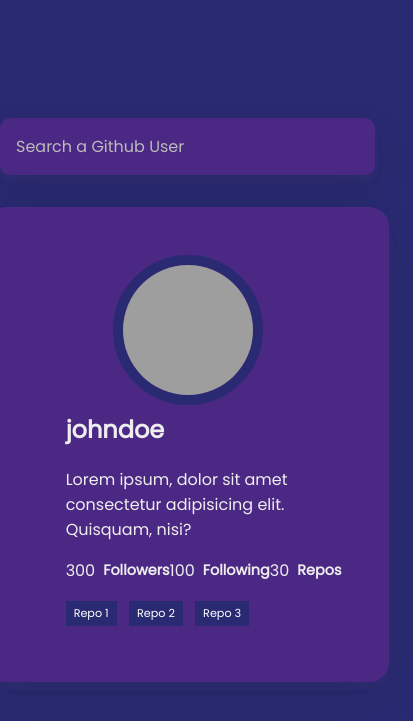
Repository: eagle-tex/50-projects-BT
Page: 28-github-profiles/index.html
An editor plug-in stored every save of this project. The page is shown before and after the next save, followed by the edit.
The browser window is 375 px wide. The page is 413 px wide, so the pictures cover 413 px, including what lies to the right of the window. The pictures show the whole page.
Pictures or frames that could not be fetched are drawn as grey boxes.

Above is the page before, as saved 2021-01-23 11:11:36.

### 28-github-profiles/index.html
<!DOCTYPE html>
<html lang="en">

<head>
  <meta charset="UTF-8" />
  <meta name="viewport" content="width=device-width, initial-scale=1.0" />
  <link rel="stylesheet" href="style.css" />
  <title>Github Profiles</title>
</head>

<body>
  <form class="user-form" id="form">
    <input type="text" id="search" placeholder="Search a Github User">
  </form>

  <main id="main">
    <div class="card">
      <div>
        <img src="https://randomuser.me/api/portraits/men/30.jpg" alt="" class="avatar">
      </div>
      <div class="user-info">
        <h2>johndoe</h2>
        <p>Lorem ipsum, dolor sit amet consectetur adipisicing elit. Quisquam, nisi?</p>

        <ul>
          <li>300 <strong>Followers</strong></li>
          <li>100 <strong>Following</strong></li>
          <li>30 <strong>Repos</strong></li>
        </ul>

        <div id="repos">
          <a href="#" class="repo">Repo 1</a>
          <a href="#" class="repo">Repo 2</a>
          <a href="#" class="repo">Repo 3</a>
        </div>

      </div>
    </div>
  </main>

  <script src="script.js"></script>
</body>

</html>

### 28-github-profiles/style.css
@import url('https://fonts.googleapis.com/css2?family=Poppins:wght@200;400&display=swap');

:root {
  --body-bg: #2a2a72;
  --form-bg: #4c2885;
}

* {
  box-sizing: border-box;
}

body {
  background-color: var(--body-bg);
  color: #fff;
  font-family: 'Poppins', sans-serif;
  display: flex;
  flex-direction: column;
  align-items: center;
  justify-content: center;
  height: 100vh;
  overflow: hidden;
  margin: 0;
}

.user-form {
  width: 100%;
  max-width: 700px;
}

.user-form input {
  width: 100%;
  display: block;
  background-color: var(--form-bg);
  border: none;
  border-radius: 10px;
  -webkit-border-radius: 10px;
  -moz-border-radius: 10px;
  -ms-border-radius: 10px;
  -o-border-radius: 10px;
  color: #fff;
  padding: 1rem;
  margin-bottom: 2rem;
  font-family: inherit;
  font-size: 1rem;
  box-shadow: 0 5px 10px rgba(154, 160, 185, 0.05),
    0 15px 40px rgba(0, 0, 0, 0.1);
}

.user-form input::placeholder {
  color: #bbb;
}

.user-form input:focus {
  outline: none;
}

.card {
  max-width: 800px;
  background-color: var(--form-bg);
  border-radius: 20px;
  -webkit-border-radius: 20px;
  -moz-border-radius: 20px;
  -ms-border-radius: 20px;
  -o-border-radius: 20px;
  box-shadow: 0 5px 10px rgba(154, 160, 185, 0.05),
    0 15px 40px rgba(0, 0, 0, 0.1);
  display: flex;
  padding: 3rem;
  margin: 0 1.5rem;
}

.avatar {
  border-radius: 50%;
  -webkit-border-radius: 50%;
  -moz-border-radius: 50%;
  -ms-border-radius: 50%;
  -o-border-radius: 50%;
  border: 10px solid var(--body-bg);
  height: 150px;
  width: 150px;
}

.user-info {
  color: #eee;
  margin-left: 2rem;
}

.user-info h2 {
  margin-top: 0;
}

.user-info ul {
  list-style-type: none;
  display: flex;
  justify-content: space-between;
  padding: 0;
  max-width: 400px;
}

.user-info ul li {
  display: flex;
  align-items: center;
}

.user-info ul li strong {
  font-size: 0.9rem;
  margin-left: 0.5rem;
}

.repo {
  text-decoration: none;
  color: #fff;
  background-color: var(--body-bg);
  font-size: 0.7rem;
  padding: 0.25rem 0.5rem;
  margin-right: 0.5rem;
  margin-bottom: 0.5rem;
  display: inline-block;
}

@media (max-width: 500px) {
  .card {
    flex-direction: column;
    align-items: center;
  }
}

Loaded but not shown: 28-github-profiles/script.js (no copy from this time; the picture is the same without it)

After the next save:
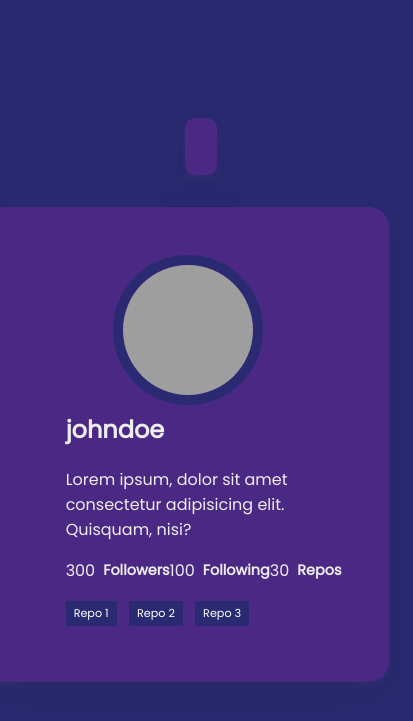
Saved 19 s later.
--- a/28-github-profiles/style.css
+++ b/28-github-profiles/style.css
@@ -123,4 +123,8 @@
     flex-direction: column;
     align-items: center;
   }
+
+  .user-form {
+    max-width: 5px;
+  }
 }

After the save that followed:
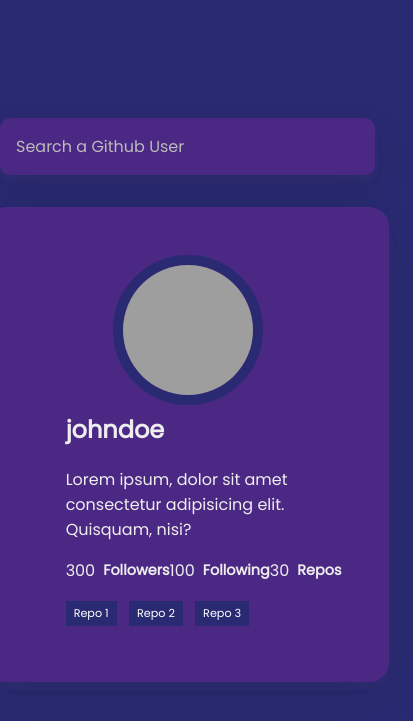
Saved 12 s later.
--- a/28-github-profiles/style.css
+++ b/28-github-profiles/style.css
@@ -125,6 +125,6 @@
   }
 
   .user-form {
-    max-width: 5px;
+    max-width: 400px;
   }
 }
